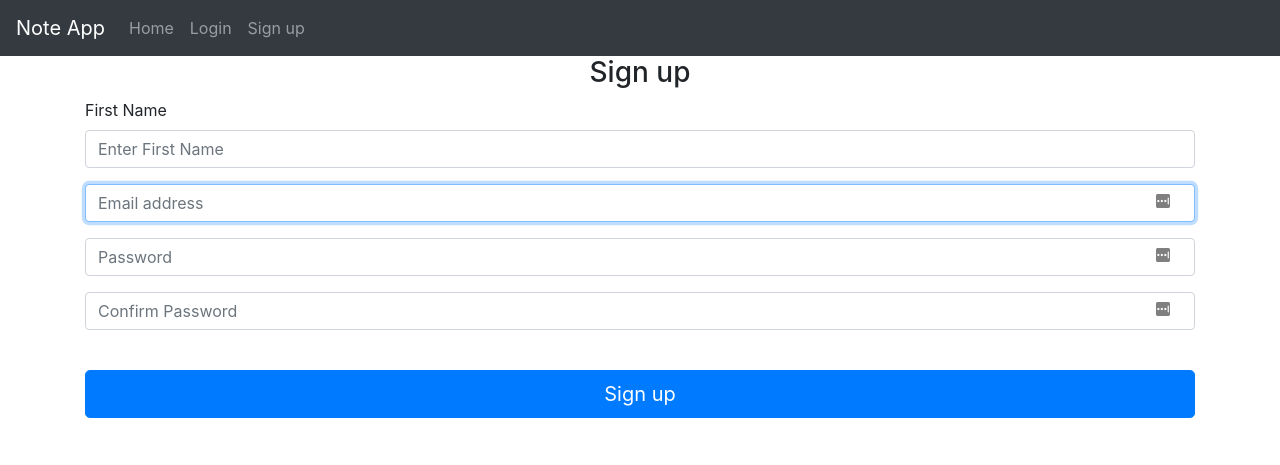
Repository: Anas-Alhariri/Python-NoteWebApplication
Page: website/templates/sign_up.html
The author's editor kept a copy of each file at every save. The page is drawn from the files as they stood at one save, then again after a run of saves.
The browser window is 1280 px wide. The pictures show the whole page.
The template is drawn by Flask 3. The application's start-up code is not run. The template is opened directly, without the code that normally fills it, so the values that code supplies are empty.

Above is the page before, as saved 2021-06-12 22:22:29.

After the next 2 saves:
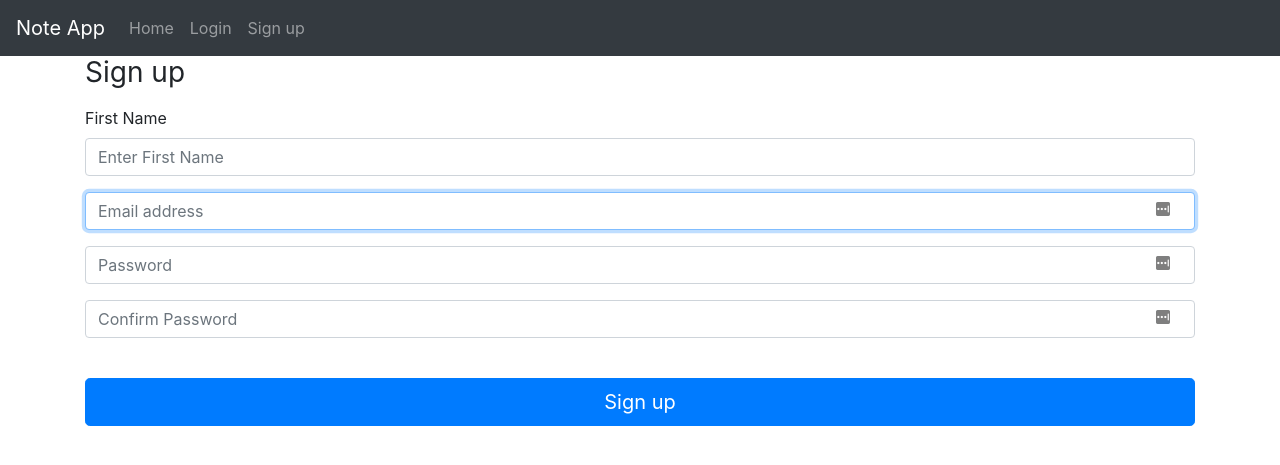
The 2 saves are shown as one change because they came seconds apart.
The last was saved 10 s later.
--- a/website/templates/sign_up.html
+++ b/website/templates/sign_up.html
@@ -3,7 +3,8 @@
 {% endblock %}
 {% block content %}
     <form class="form-signin" method="post">
-        <h3 align="center">Sign up</h3>
+        <h1 class="h3 mb-3 font-weight-normal">Sign up</h3>
+
         <div class="form-group">
             <label for="firstName">First Name</label>
             <input type="text" id="firstName" class="form-control" name="firstName" placeholder="Enter First Name">

After the 2 saves that followed:
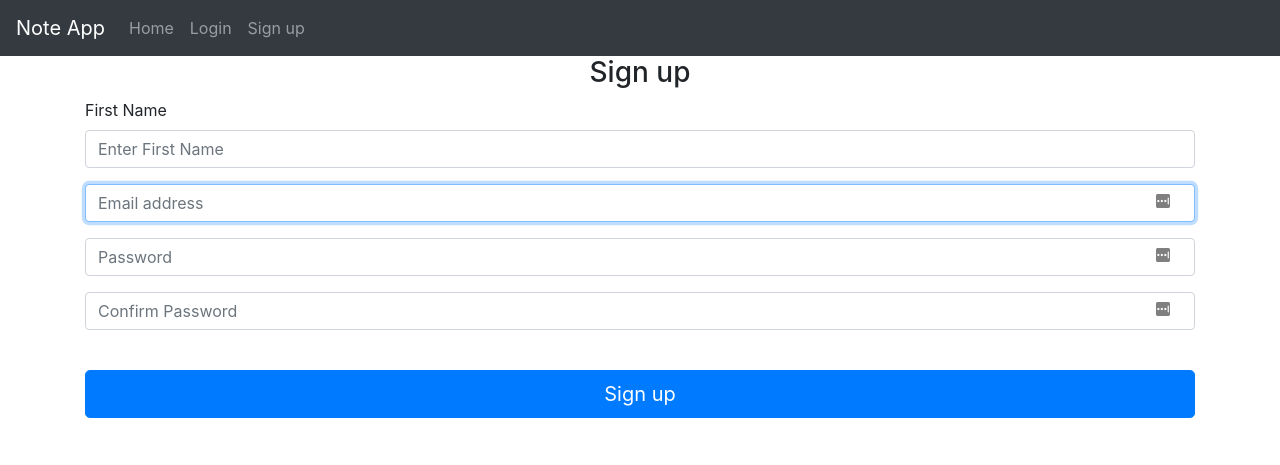
The 2 saves are shown as one change because 1 left the picture as it was.
The last was saved 21 s later.
--- a/website/templates/sign_up.html
+++ b/website/templates/sign_up.html
@@ -3,8 +3,7 @@
 {% endblock %}
 {% block content %}
     <form class="form-signin" method="post">
-        <h1 class="h3 mb-3 font-weight-normal">Sign up</h3>
-
+        <h3 align="center">Sign up</h3>
         <div class="form-group">
             <label for="firstName">First Name</label>
             <input type="text" id="firstName" class="form-control" name="firstName" placeholder="Enter First Name">
